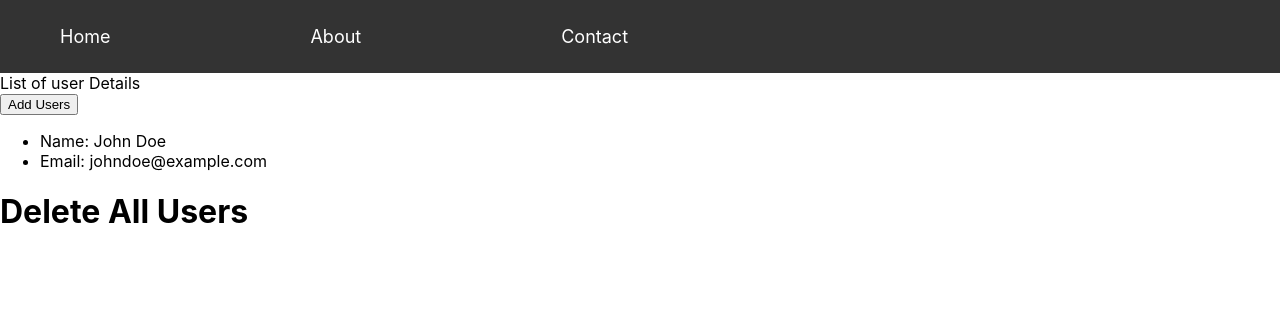
Repository: Gulzarokz/React_Course_Review
Page: / (app in reduxtoolkit/)
These files come from the project's save history. The page is drawn as it stood at one moment and after the next save; the edit follows.
The browser window is 1280 px wide. The pictures show the whole page.
The project was rebuilt for these pictures with package versions that can differ from the ones it lists, and the page was loaded fresh each time. Also part of the build but not shown: reduxtoolkit/src/App.css.

Above is the page before, as saved 2026-05-15 10:20:55.

After the next save:
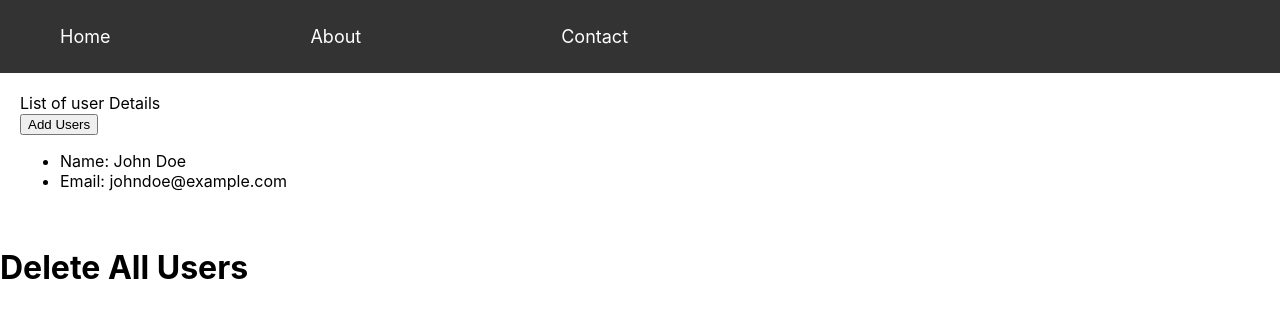
Saved 7 s later.
--- a/reduxtoolkit/src/components/navbar.css
+++ b/reduxtoolkit/src/components/navbar.css
@@ -22,4 +22,7 @@
     color: white;
 }
 
-.content {}
+.content {
+    padding: 20px;
+
+}
